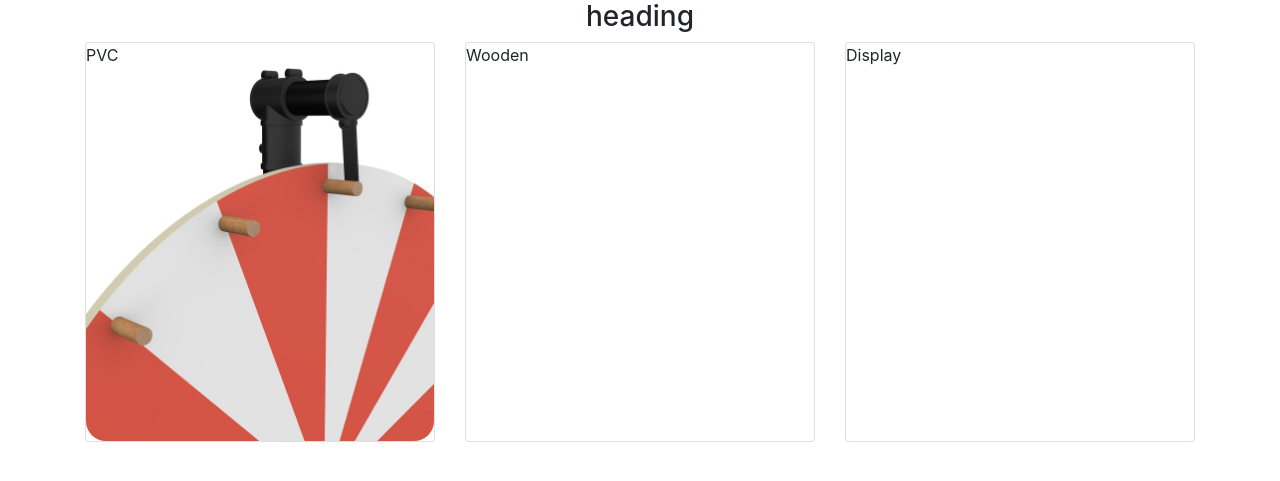
Repository: Awaisp-irfan/fahad-project
Page: index.html
An editor plug-in stored every save of this project. The page is shown before and after the next save, followed by the edit.
The browser window is 1280 px wide. The pictures show the whole page.

Above is the page before, as saved 2022-06-30 07:00:24.

After the next save:
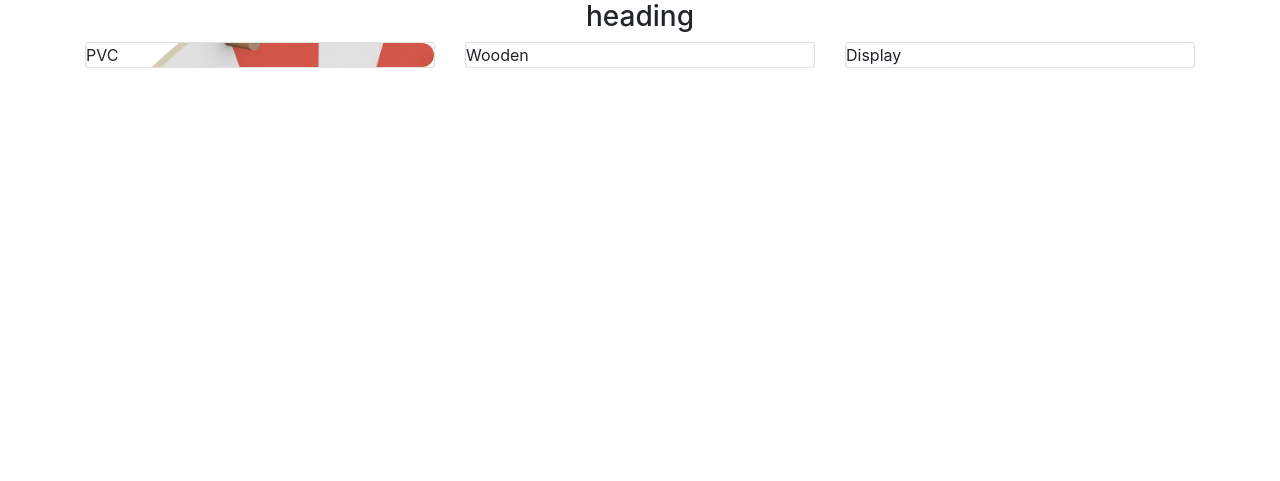
Saved 10 s later.
--- a/style.css
+++ b/style.css
@@ -7,7 +7,7 @@
     border-radius: 20px;
 }
 
-.img-div{
+.card .img-div{
     height: 400px;
     border-radius: 50px;
 }

After the save that followed:
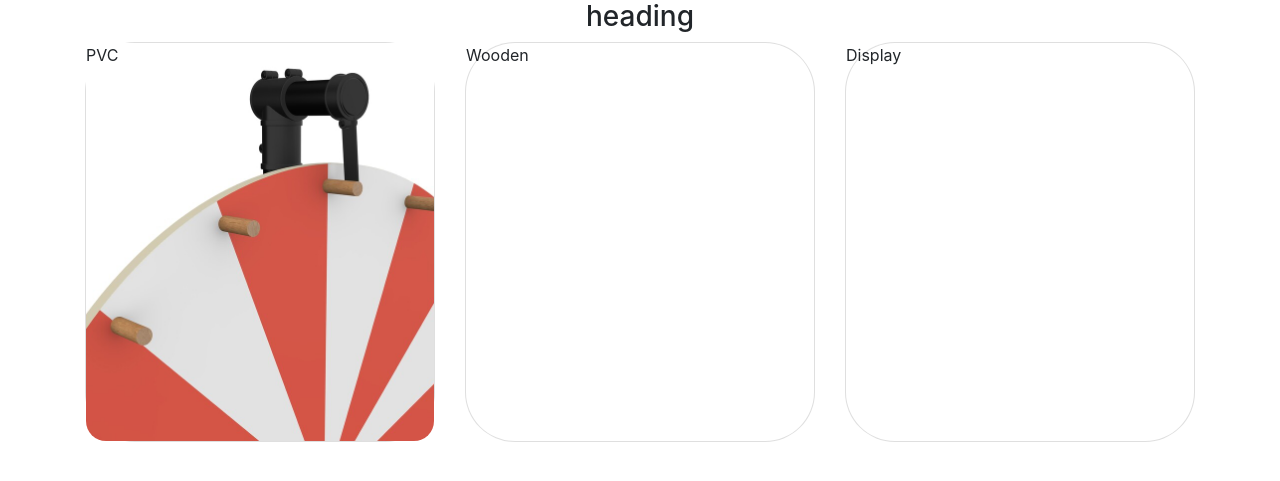
Saved 18 s later.
--- a/style.css
+++ b/style.css
@@ -7,7 +7,7 @@
     border-radius: 20px;
 }
 
-.card .img-div{
+.col-lg-4> .img-div{
     height: 400px;
     border-radius: 50px;
 }
